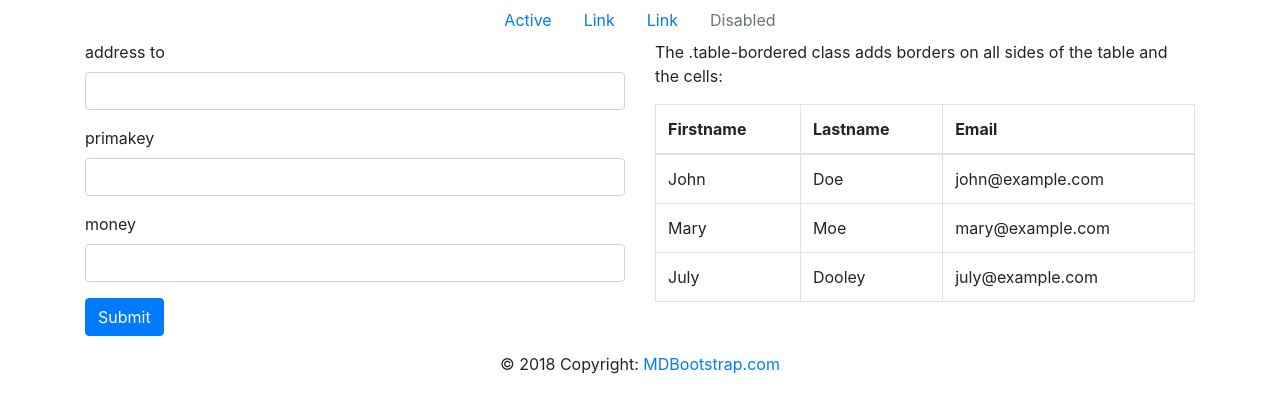
Repository: tienvins/vinsofts-blockchain-training-Oct2018
Page: http://localhost/
These files come from the project's save history. The page is drawn as it stood at one moment and after the next save; the edit follows.
The browser window is 1280 px wide. The pictures show the whole page.
The page is served by the project's Node server (index.js). Other server files are loaded and not shown.

Above is the page before, as saved 2018-11-06 09:40:03.

### tunglt/dappbetting/views/home/index.ejs
<% include ../layouts/header.ejs %>
<!-- Header End -->

<div class="container">
  <div class="row">
    <div class="col-md-6">
      <form method="POST" action="transfer">
        <div class="form-group">
          <label>address to</label>
          <input type="text" class="form-control" name="address_to">
        </div>
        <div class="form-group">
          <label>primakey</label>
          <input type="text" class="form-control" name="privatekey">
        </div>
        <div class="form-group">
          <label>money</label>
          <input type="number" class="form-control" name="money">
        </div>
        <button type="submit" class="btn btn-primary">Submit</button>
      </form>

    </div>
    <div class="col-md-6">
      <p>The .table-bordered class adds borders on all sides of the table and the cells:</p>
  <table class="table table-bordered">
    <thead>
      <tr>
        <th>Firstname</th>
        <th>Lastname</th>
        <th>Email</th>
      </tr>
    </thead>
    <tbody>
      <tr>
        <td>John</td>
        <td>Doe</td>
        <td>john@example.com</td>
      </tr>
      <tr>
        <td>Mary</td>
        <td>Moe</td>
        <td>mary@example.com</td>
      </tr>
      <tr>
        <td>July</td>
        <td>Dooley</td>
        <td>july@example.com</td>
      </tr>
    </tbody>
  </table>
    </div>
  </div>
</div>

<!-- Footer -->
<% include ../layouts/footer.ejs %>

### tunglt/dappbetting/views/layouts/header.ejs
<!DOCTYPE html>
<html lang="en">
<head>
<meta charset="utf-8">
<title>SimpleOne - A Responsive Html5 Ecommerce Template</title>
<meta name="viewport" content="width=device-width, initial-scale=1.0">
<meta name="description" content="">
<meta name="author" content="">
<link rel="stylesheet" href="https://stackpath.bootstrapcdn.com/bootstrap/4.1.3/css/bootstrap.min.css" integrity="sha384-MCw98/SFnGE8fJT3GXwEOngsV7Zt27NXFoaoApmYm81iuXoPkFOJwJ8ERdknLPMO" crossorigin="anonymous">

<!-- HTML5 shim, for IE6-8 support of HTML5 elements -->
<!--[if lt IE 9]>
      <script src="http://html5shim.googlecode.com/svn/trunk/html5.js"></script>
    <![endif]-->
<!-- fav -->
<link rel="shortcut icon" href="assets/ico/favicon.html">
</head>
<body>
<!-- Header Start -->
<ul class="nav justify-content-center">
  <li class="nav-item">
    <a class="nav-link active" href="#">Active</a>
  </li>
  <li class="nav-item">
    <a class="nav-link" href="#">Link</a>
  </li>
  <li class="nav-item">
    <a class="nav-link" href="#">Link</a>
  </li>
  <li class="nav-item">
    <a class="nav-link disabled" href="#">Disabled</a>
  </li>
</ul>

### tunglt/dappbetting/views/layouts/footer.ejs
<!-- Footer -->
<footer class="page-footer font-small blue">

  <!-- Copyright -->
  <div class="footer-copyright text-center py-3">© 2018 Copyright:
    <a href="https://mdbootstrap.com/bootstrap-tutorial/"> MDBootstrap.com</a>
  </div>
  <!-- Copyright -->

</footer>
<!-- Footer -->
<!-- javascript
    ================================================== -->
<!-- Placed at the end of the document so the pages load faster -->
<script src="https://cdnjs.cloudflare.com/ajax/libs/jquery/3.3.1/jquery.min.js"></script>

<script src="https://code.jquery.com/jquery-3.3.1.slim.min.js" integrity="sha384-q8i/X+965DzO0rT7abK41JStQIAqVgRVzpbzo5smXKp4YfRvH+8abtTE1Pi6jizo" crossorigin="anonymous"></script>
<script src="https://cdnjs.cloudflare.com/ajax/libs/popper.js/1.14.3/umd/popper.min.js" integrity="sha384-ZMP7rVo3mIykV+2+9J3UJ46jBk0WLaUAdn689aCwoqbBJiSnjAK/l8WvCWPIPm49" crossorigin="anonymous"></script>
<script src="https://stackpath.bootstrapcdn.com/bootstrap/4.1.3/js/bootstrap.min.js" integrity="sha384-ChfqqxuZUCnJSK3+MXmPNIyE6ZbWh2IMqE241rYiqJxyMiZ6OW/JmZQ5stwEULTy" crossorigin="anonymous"></script>
</body>
</html>

### tunglt/dappbetting/index.js
const express  = require('express');
var path       = require('path');
const app      = express();
const bodyParser = require('body-parser');
app.use(bodyParser.urlencoded({ extended: false }));


app.listen(3000, () => console.log('Example app listening on port 3000!'))

app.use(express.static(path.join(__dirname, 'public')));
app.set('views', path.join(__dirname, 'views'));
app.set('view engine', 'ejs');

var index = require('./routes/index');
app.use('/',index);

### tunglt/dappbetting/routes/index.js
var app    = require('express');
var router = app.Router();

const contract = require('../node/f');
const web3     = contract.web3;


/* GET home page. */
router.get('/', function (req, res) {
	res.render('home/index', {
		// product: data,
		// cate: cate
	});
});

router.get('/cate/:name.:id.html', function (req, res) {
	res.render('site/page/cate', {
		product: data,
		cate: cate
	});
});


router.get('/getbalance/:address', function (req, res) {
	if (web3.utils.isAddress(req.params.address)) {
		try {
			contract.getBalances(req.params.address)
				.then(function (balance) {
					res.send(balance);
				});;
		} catch (error) {
			res.send(error);
		}
	} else {
		res.send('not found address');
	}
});

router.post('/transfer', function (req, res) {
	if (web3.utils.isAddress(req.body.address_to)) {
		contract.sendToken(req.body.address_to, req.body.money,req.body.privatekey)
				.then(function (rs) {
					res.send(rs);
				});
	} else {
		res.send('not found address');
	}
});








module.exports = router;

### tunglt/dappbetting/node/f.js
const Web3     = require('web3');
const link     = "http://localhost:7545";  //http://localhost:7545
const web3     = new Web3(Web3.givenProvider || new Web3.providers.HttpProvider(link));
const Config   = require('./../CONFIG');
const Tx       = require('ethereumjs-tx');
var Wallet     = require('ethereumjs-wallet');
var EthUtil    = require('ethereumjs-util');
var fs         = require('fs');
var myContract = new web3.eth.Contract(Config.abi, Config.contractAdress, {
   from        : Config.address,
   data        : Config.dataContract,
//    gas         : '4700000'
});

function read(f) {
   return fs.readFileSync(f).toString();
}

function include(f) {
   eval.apply(global, [read(f)]);
}

// myContract.events.Transfer({  })
// .on("data", function(event) {
//   console.log(event)
// }).on("error", console.error);

async function getRaw(privateKey) {
   var privateKeyclone = Object.assign(privateKey);
   try {
      var privateKeyBuffer = EthUtil.toBuffer(privateKey);
      var wallet = Wallet.fromPrivateKey(privateKeyBuffer);
   } catch (error) {
      var privateKeyBuffer = new Buffer(privateKey, 'hex');
      var wallet = Wallet.fromPrivateKey(privateKeyBuffer);
   }
   var publicKey = wallet.getAddressString();
   var transactionCount = await web3.eth.getTransactionCount(publicKey);
   return {
      wallet,
      privateKeyclone,
      privateKeyBuffer,
      publicKey,
      transactionCount
   };
}

module.exports = {
   web3: web3,
   getBalances: async function getBalances(address) { // get tiền của 1 địa chỉ account
      var balances = await myContract.methods.balanceOf(address).call();
      return balances;
   },
   sendToken: async function sendToken(address_to, int_value, privateKey) { // gui tien cho 1 tai khoan
      var rs = await getRaw(privateKey);
      var methodData = await myContract.methods.transfer(address_to, int_value).encodeABI();
      var rawTx = {
         nonce: rs.transactionCount,
         gasPrice: web3.utils.toHex(web3.utils.toWei('1', 'wei')),
         gasLimit: web3.utils.toHex(web3.utils.toWei('900000', 'wei')),
         to: Config.contractAdress,
         from: rs.publicKey,
         data: methodData
      }

      var tx = new Tx(rawTx);
      tx.sign(rs.privateKeyBuffer);

      var serializedTx = tx.serialize();
      var sendSignedTransaction = await web3.eth.sendSignedTransaction('0x' + serializedTx.toString('hex'));
      return sendSignedTransaction;
   },


}

After the next save:
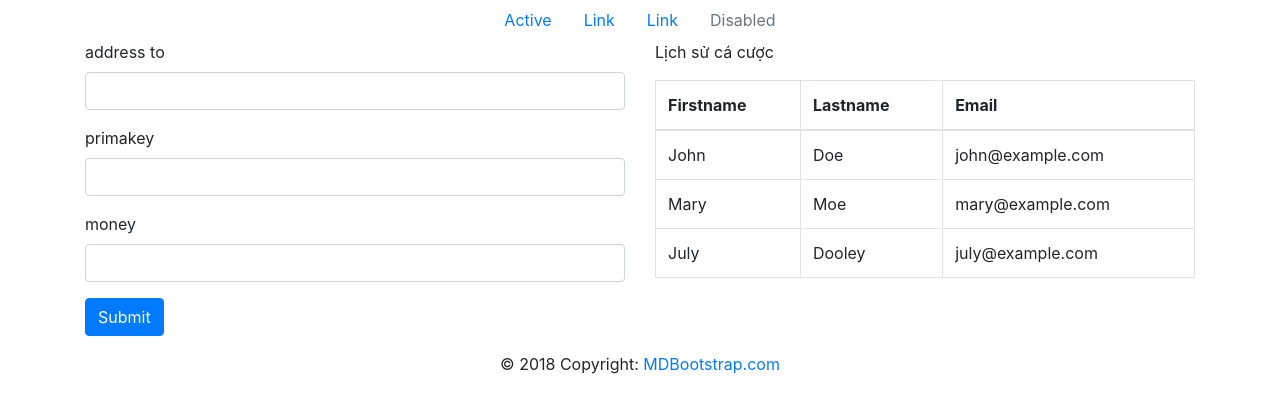
Saved 28 s later.
--- a/tunglt/dappbetting/views/home/index.ejs
+++ b/tunglt/dappbetting/views/home/index.ejs
@@ -22,7 +22,7 @@
 
     </div>
     <div class="col-md-6">
-      <p>The .table-bordered class adds borders on all sides of the table and the cells:</p>
+      <p>Lịch sử cá cược</p>
   <table class="table table-bordered">
     <thead>
       <tr>
